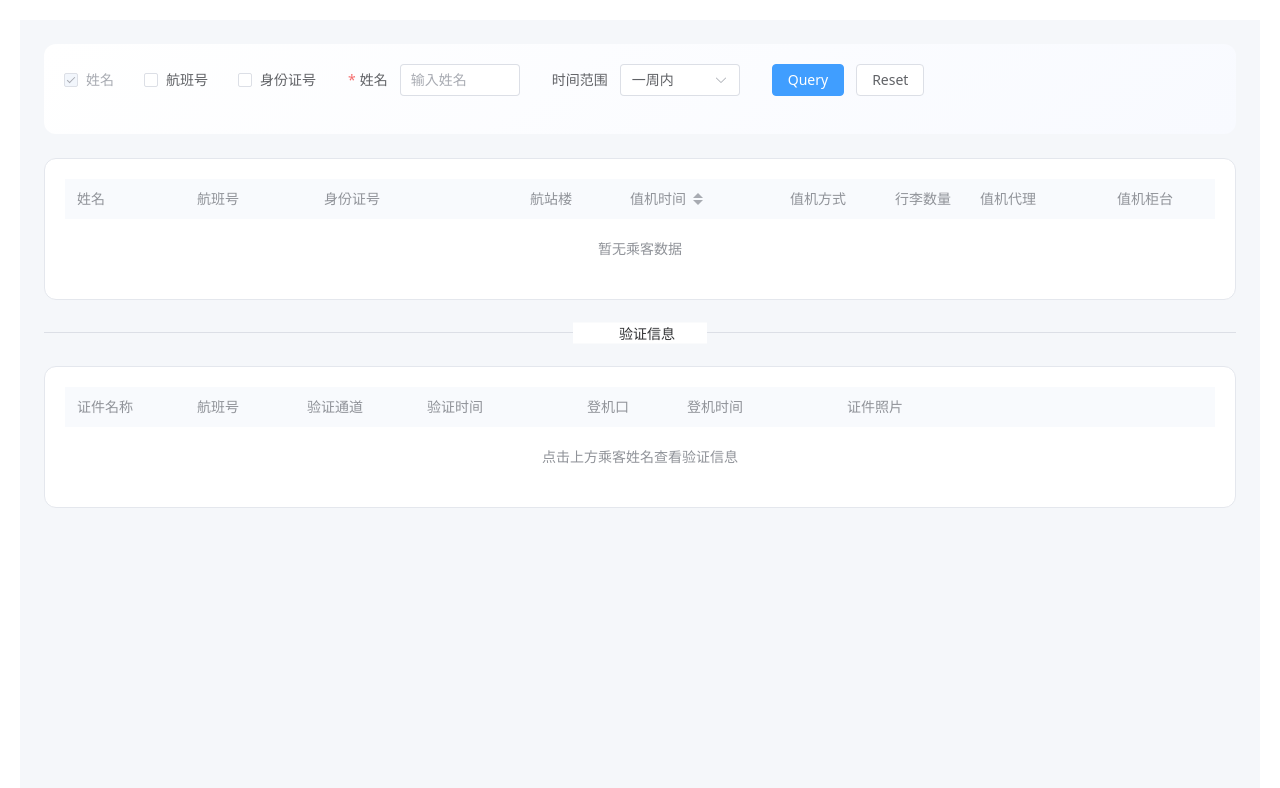
Repository: jhonMacTavish/through-baggage-info-check
Page: / (app in web/)
The author's editor kept a copy of each file at every save. The page is drawn from the files as they stood at one save, then again after the next save.
The browser window is 1280 px wide. The pictures show the whole page.
The project was rebuilt for these pictures with package versions that can differ from the ones it lists, and the page was loaded fresh each time. Also part of the build but not shown: web/vite.config.js.

Above is the page before, as saved 2025-03-16 08:17:34.

### web/index.html
<!--
 * @Author: john_mactavish 981192661@qq.com
 * @Date: 2025-03-12 09:20:58
 * @LastEditors: john_mactavish 981192661@qq.com
 * @LastEditTime: 2025-03-12 16:38:07
 * @FilePath: \passengerInfoSearch\web\index.html
 * @Description: 这是默认设置,请设置`customMade`, 打开koroFileHeader查看配置 进行设置: https://github.com/OBKoro1/koro1FileHeader/wiki/%E9%85%8D%E7%BD%AE
-->
<!doctype html>
<html lang="en">
  <head>
    <meta charset="UTF-8" />
    <link rel="icon" type="image/svg+xml" href="/vite.svg" />
    <meta name="viewport" content="width=device-width, initial-scale=1.0" />
    <title>旅客信息查询</title>
  </head>
  <body>
    <div id="app"></div>
    <script type="module" src="/src/main.js"></script>
  </body>
</html>

### web/src/main.js
/*
 * @Author: john_mactavish 981192661@qq.com
 * @Date: 2025-03-12 09:20:58
 * @LastEditors: john_mactavish 981192661@qq.com
 * @LastEditTime: 2025-03-12 09:31:55
 * @FilePath: \passengerInfoSearch\web\src\main.js
 * @Description: 这是默认设置,请设置`customMade`, 打开koroFileHeader查看配置 进行设置: https://github.com/OBKoro1/koro1FileHeader/wiki/%E9%85%8D%E7%BD%AE
 */
import { createApp } from 'vue'
import './style.css'
import ElementPlus from 'element-plus'
import 'element-plus/dist/index.css'
import App from './App.vue'

createApp(App).use(ElementPlus).mount('#app')

### web/src/style.css
:root {
  font-family: system-ui, Avenir, Helvetica, Arial, sans-serif;
  line-height: 1.5;
  font-weight: 400;

  color-scheme: light dark;
  color: rgba(255, 255, 255, 0.87);
  background-color: #242424;

  font-synthesis: none;
  text-rendering: optimizeLegibility;
  -webkit-font-smoothing: antialiased;
  -moz-osx-font-smoothing: grayscale;
}

a {
  font-weight: 500;
  color: #646cff;
  text-decoration: inherit;
}
a:hover {
  color: #535bf2;
}

body {
  margin: 0;
  display: flex;
  place-items: center;
  min-width: 320px;
  min-height: 100vh;
}

h1 {
  font-size: 3.2em;
  line-height: 1.1;
}

button {
  border-radius: 8px;
  border: 1px solid transparent;
  padding: 0.6em 1.2em;
  font-size: 1em;
  font-weight: 500;
  font-family: inherit;
  background-color: #1a1a1a;
  cursor: pointer;
  transition: border-color 0.25s;
}
button:hover {
  border-color: #646cff;
}
button:focus,
button:focus-visible {
  outline: 4px auto -webkit-focus-ring-color;
}

.card {
  padding: 2em;
}

#app {
  box-sizing: border-box;
  width: 100vw;
  height: 100vh;
  margin: 0 auto;
  padding: 20px;
  /* text-align: center; */
}

@media (prefers-color-scheme: light) {
  :root {
    color: #213547;
    background-color: #ffffff;
  }
  a:hover {
    color: #747bff;
  }
  button {
    background-color: #f9f9f9;
  }
}

### web/src/App.vue
<!--
 * @Author: john_mactavish 981192661@qq.com
 * @Date: 2025-03-12 09:20:58
 * @LastEditors: john_mactavish 981192661@qq.com
 * @LastEditTime: 2025-03-15 21:43:27
 * @FilePath: \passengerInfoSearch\web\src\App.vue
-->
<script setup>
import { ref } from 'vue'
import { ElMessage } from 'element-plus'
import Header from './components/Header.vue'
import axios from 'axios'
import { dayjs } from 'element-plus'

const passengerData = ref([])
const verifyData = ref([])
const loading = ref(false)
const photoPreviewVisible = ref(false)

// 防抖处理查询
const queryPassenger = async (params) => {
  try {
    loading.value = true
    const { data } = await axios.get("/api/queryPassenger", { params })
    console.log(data);

    if (data.data.length == 0) {
      ElMessage.warning(`该旅客没有值机信息`)
    } else {
      passengerData.value = data.data.map(item => ({
        ...item,
        CHECKIN_TIME: dayjs(item.CHECKIN_TIME).format('YYYY-MM-DD HH:mm:ss')
      }))
    }
  } catch (error) {
    ElMessage.error(`查询失败: ${error.message}`)
  } finally {
    loading.value = false
  }
}

const queryVerify = async (row) => {
  try {
    const time = dayjs().diff(row.FLIGHT_DATE, 'day')
    const { data } = await axios.get("/api/queryVerify", {
      params: {
        PASSENGER_ID: row.ID,
        time
      }
    })

    if (data.data.length == 0) {
      ElMessage.warning(`该旅客没有过检信息`)
    } else {
      verifyData.value = data.data.map(item => ({
        ...item,
        VERIFY_TIME: dayjs(item.VERIFY_TIME).format('YYYY-MM-DD HH:mm:ss'),
        BOARD_TIME: dayjs(item.BOARD_TIME).format('YYYY-MM-DD HH:mm:ss')
      }))
    }
  } catch (error) {
    console.log(error);
    ElMessage.error(`验证信息获取失败: ${error.message}`)
  }
}

const reset = () => {
  passengerData.value = []
  verifyData.value = []
}
</script>

<template>
  <div class="container">
    <el-container>
      <!-- 头部区域 -->
      <el-header class="header-wrapper">
        <el-card shadow="hover" class="header-card">
          <Header @emitSearch="queryPassenger" @emitReset="reset" />
        </el-card>
      </el-header>

      <!-- 主内容区域 -->
      <el-main class="main-wrapper">
        <!-- 乘客信息卡片 -->
        <el-card shadow="hover" class="table-card">
          <el-skeleton :loading="loading" :rows="6" animated>
            <el-table :data="passengerData" stripe highlight-current-row @row-click="queryVerify" empty-text="暂无乘客数据">
              <el-table-column label="姓名" width="120">
                <template #default="scope">
                  <el-button link type="primary" class="name-btn" @click.stop="queryVerify(scope.row)">
                    {{ scope.row.NAME }}
                  </el-button>
                </template>
              </el-table-column>
              <el-table-column prop="FLIGHT_NO" label="航班号" min-width="110" />
              <el-table-column prop="ID_CARD" label="身份证号" min-width="180" />
              <el-table-column prop="TERMINALL" label="航站楼" width="100" />
              <el-table-column prop="CHECKIN_TIME" label="值机时间" width="160" sortable />
              <el-table-column prop="CHECKIN_WAY" label="值机方式" width="100" />
              <el-table-column prop="BAGGAGE_NUM" label="行李数量" width="90" align="center" />
              <el-table-column prop="CHECKIN_AGENT" label="值机代理" min-width="120" />
              <el-table-column prop="CHECKIN_OFFCIE" label="值机柜台" width="110" />
            </el-table>
          </el-skeleton>
        </el-card>

        <!-- 分隔线 -->
        <el-divider class="custom-divider">
          <el-icon><arrow-down /></el-icon>
          <span class="divider-text">验证信息</span>
        </el-divider>

        <!-- 验证信息卡片 -->
        <el-card shadow="hover" class="table-card">
          <el-table :data="verifyData" empty-text="点击上方乘客姓名查看验证信息">
            <el-table-column prop="CARD_NAME" label="证件名称" width="120" />
            <el-table-column prop="FLIGHT_NO" label="航班号" width="110" />
            <el-table-column prop="CHANNEL" label="验证通道" width="120" />
            <el-table-column prop="VERIFY_TIME" label="验证时间" width="160" />
            <el-table-column prop="GATE" label="登机口" width="100" />
            <el-table-column prop="BOARD_TIME" label="登机时间" width="160" />
            <el-table-column label="证件照片">
              <template #default="scope">
                <el-image style="width: 100px; height: 100px" :src="`http://10.33.113.23:8002${scope.row.PASS_PHOTO}`"
                  :zoom-rate="1.2" :max-scale="7" :min-scale="0.2"
                  :preview-src-list="[`http://10.33.113.23:8002${scope.row.PASS_PHOTO}`]" show-progress
                  :initial-index="4" fit="cover" :z-index="9999">
                  <template #error>
                    <div class="image-error">
                      <el-icon>
                        <picture />
                      </el-icon>
                      <span>加载失败</span>
                    </div>
                  </template>
                </el-image>
              </template>
            </el-table-column>
          </el-table>
        </el-card>
      </el-main>
    </el-container>
  </div>
</template>

<style scoped lang="scss">
.container {
  max-width: 1440px;
  margin: 0 auto;
  padding: 24px;
  background: #f5f7fa;
  min-height: 100vh;
}

.header-wrapper {
  height: auto;
  padding: 0;
  margin-bottom: 24px;

  .header-card {
    border-radius: 12px;
    background: linear-gradient(145deg, #ffffff 0%, #f8faff 100%);
    border: none;
  }
}

.main-wrapper {
  padding: 0;

  .table-card {
    border-radius: 12px;
    margin-bottom: 24px;
    transition: box-shadow 0.3s ease;

    &:hover {
      box-shadow: 0 6px 18px rgba(0, 0, 0, 0.08);
    }

    :deep(.el-table) {
      --el-table-border-color: transparent;
      --el-table-header-bg-color: #f8fafd;
    }
  }
}

.custom-divider {
  margin: 32px 0;
  color: #909399;

  .divider-text {
    margin: 0 12px;
    font-size: 14px;
    font-weight: 500;
  }

  .el-icon {
    vertical-align: middle;
  }
}

.name-btn {
  font-weight: 500;
  transition: all 0.2s;

  &:hover {
    transform: translateX(3px);
    color: var(--el-color-primary) !important;
  }
}

.pass-photo {
  // width: 120px;
  // height: 80px;
  border-radius: 6px;
  box-shadow: 0 2px 8px rgba(0, 0, 0, 0.1);
  transition: transform 0.3s;

  &:hover {
    transform: scale(1.03);
    cursor: zoom-in;
  }
}

.image-error {
  @apply flex flex-col items-center justify-center h-full text-gray-400;

  .el-icon {
    font-size: 24px;
    margin-bottom: 8px;
  }
}
</style>

### web/src/components/Header.vue
<!--
 * @Author: john_mactavish 981192661@qq.com
 * @Date: 2025-03-12 09:20:58
 * @LastEditors: john_mactavish 981192661@qq.com
 * @LastEditTime: 2025-03-16 08:17:34
 * @FilePath: \passengerInfoSearch\web\src\components\Header.vue
 * @Description: 这是默认设置,请设置`customMade`, 打开koroFileHeader查看配置 进行设置: https://github.com/OBKoro1/koro1FileHeader/wiki/%E9%85%8D%E7%BD%AE
-->
<template>
  <el-form ref="ruleFormRef" :rules="rules" :inline="true" :model="ruleForm" class="demo-form-inline">
    <el-form-item>
      <el-checkbox-group v-model="checkedItems" :min="1" @change="handleChange(ruleFormRef)">
        <el-checkbox v-for="item in items" :key="item" :label="item" :value="item">
          {{ item }}
        </el-checkbox>
      </el-checkbox-group>
    </el-form-item>
    <el-form-item label="姓名" prop="NAME" v-if="checkedItems.includes('姓名')">
      <el-input v-model="ruleForm.NAME" :formatter="(value) => value.toUpperCase()" placeholder="输入姓名" clearable />
    </el-form-item>
    <el-form-item label="航班号" prop="FLIGHT_NO" v-if="checkedItems.includes('航班号')">
      <el-input v-model="ruleForm.FLIGHT_NO" :formatter="(value) => value.toUpperCase()" placeholder="输入航班号"
        clearable />
    </el-form-item>
    <el-form-item label="身份证号" prop="ID_CARD" v-if="checkedItems.includes('身份证号')">
      <el-input v-model="ruleForm.ID_CARD" :formatter="(value) => value.toUpperCase()" placeholder="输入身份证号" clearable />
    </el-form-item>
    <el-form-item label="时间范围">
      <el-select v-model="ruleForm.time" placeholder="选择时间">
        <el-option label="一周内" :value="7" />
        <el-option label="一月内" :value="30" />
      </el-select>
    </el-form-item>
    <el-form-item>
      <el-button type="primary" @click="onSubmit(ruleFormRef)" :disabled="btnDisabled">Query {{ btnDisabled ? `( ${time}
        )` : null
      }}</el-button>
      <el-button @click="initForm">Reset</el-button>
    </el-form-item>
  </el-form>
</template>

<script lang="ts" setup>
import { ref, reactive, defineEmits } from 'vue'
import type { FormInstance, FormRules } from 'element-plus'

const emit = defineEmits([
  'emitSearch', 'emitReset'
])
const checkedItems = ref(['姓名'])
const items = ['姓名', '航班号', '身份证号']

const ruleForm = reactive({
  NAME: '',
  FLIGHT_NO: '',
  ID_CARD: '',
  time: 7
})
const validators = [
  (rule: any, value: any, callback: any) => {
    if (value === '') {
      callback(new Error('请输入姓名'))
    } else if (!/^[\u4e00-\u9fa5]{2,4}$/.test(value)) {
      callback(new Error("输入的姓名不符合规范"))
    } else {
      callback()
    }
  },
  (rule: any, value: any, callback: any) => {
    if (value === '') {
      callback(new Error('请输入航班号'))
    } else if (!/^[A-Z\d]{2}\d{3,4}$/.test(value)) {
      callback(new Error("输入的航班号不符合规范"))
    } else {
      callback()
    }
  },
  (rule: any, value: any, callback: any) => {
    if (value === '') {
      callback(new Error('请输入身份证号'))
    } else if (!/^[1-9]\d{5}(18|19|20)\d{2}((0[1-9])|(1[0-2]))(([0-2][1-9])|10|20|30|31)\d{3}[0-9Xx]$/.test(value)) {
      callback(new Error("输入的身份证号不符合规范"))
    } else {
      callback()
    }
  }
];
const ruleFormRef = ref<FormInstance>()
const rules = reactive<FormRules<typeof ruleForm>>({
  NAME: [{ required: checkedItems.value.includes('姓名'), validator: validators[0], trigger: 'blur' }],
  FLIGHT_NO: [{ required: checkedItems.value.includes('航班号'), validator: validators[1], trigger: 'blur' }],
  ID_CARD: [{ required: checkedItems.value.includes('身份证号'), validator: validators[2], trigger: 'blur' }],
});

let timer = null;
const time = ref(5);
const btnDisabled = ref(false);

const initForm = () => {
  emit('emitReset', '');

  Object.keys(ruleForm).forEach(key => {
    if (ruleForm[key] && key != 'time') {
      ruleForm[key] = '';
    }
  });
}

const onSubmit = async (formEl: FormInstance | undefined) => {
  if (!formEl) return
  await formEl.validate((valid) => {
    if (valid) {
      btnDisabled.value = true;
      timer = setInterval(() => {
        time.value--;
        if (time.value <= 0) {
          clearInterval(timer);
          time.value = 5;
          btnDisabled.value = false;
        }
      }, 1000);
      console.log('submit');
      emit('emitSearch', ruleForm);
      // initForm();
    } else {
      console.log('error submit');
    }
  })
}

const handleChange = (formEl: FormInstance | undefined) => {
  if (!formEl) return
  if (!checkedItems.value.includes('姓名')) ruleForm.NAME = '';
  if (!checkedItems.value.includes('航班号')) ruleForm.FLIGHT_NO = '';
  if (!checkedItems.value.includes('身份证号')) ruleForm.ID_CARD = '';
}
</script>

<style>
.demo-form-inline .el-input {
  --el-input-width: 120px;
}

.demo-form-inline .el-select {
  --el-select-width: 120px;
}
</style>

After the next save:
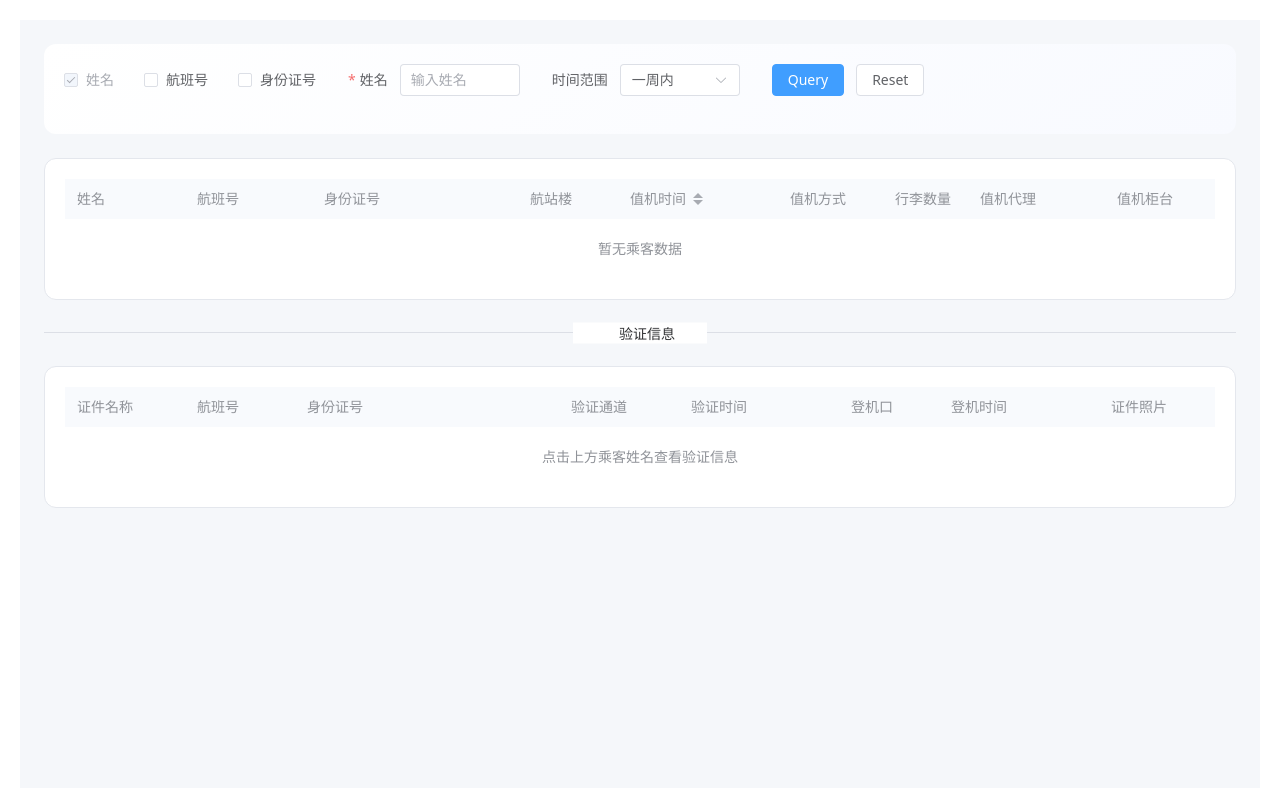
Saved 2 days later.
--- a/web/src/App.vue
+++ b/web/src/App.vue
@@ -2,7 +2,7 @@
  * @Author: john_mactavish 981192661@qq.com
  * @Date: 2025-03-12 09:20:58
  * @LastEditors: john_mactavish 981192661@qq.com
- * @LastEditTime: 2025-03-15 21:43:27
+ * @LastEditTime: 2025-03-18 09:52:57
  * @FilePath: \passengerInfoSearch\web\src\App.vue
 -->
 <script setup>
@@ -116,6 +116,7 @@ const reset = () => {
           <el-table :data="verifyData" empty-text="点击上方乘客姓名查看验证信息">
             <el-table-column prop="CARD_NAME" label="证件名称" width="120" />
             <el-table-column prop="FLIGHT_NO" label="航班号" width="110" />
+            <el-table-column prop="ID_CARD" label="身份证号" min-width="180" />
             <el-table-column prop="CHANNEL" label="验证通道" width="120" />
             <el-table-column prop="VERIFY_TIME" label="验证时间" width="160" />
             <el-table-column prop="GATE" label="登机口" width="100" />
